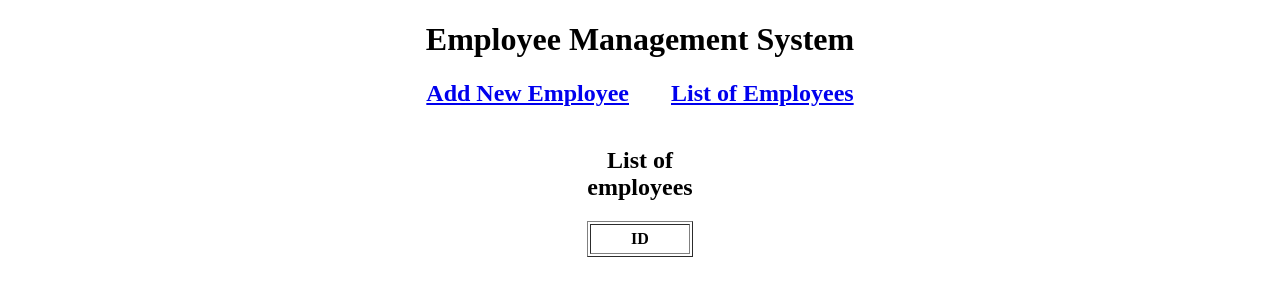
Repository: Swapna-JavaTech/Hibernate-Codes-
Page: http://localhost/EmployeeManagementSystem/employee-list.jsp
The author's editor kept a copy of each file at every save. The page is drawn from the files as they stood at one save, then again after the next save.
The browser window is 1280 px wide. The pictures show the whole page.
The page is served by Tomcat 9.

Above is the page before, as saved 2022-01-31 05:51:28.

After the next save:
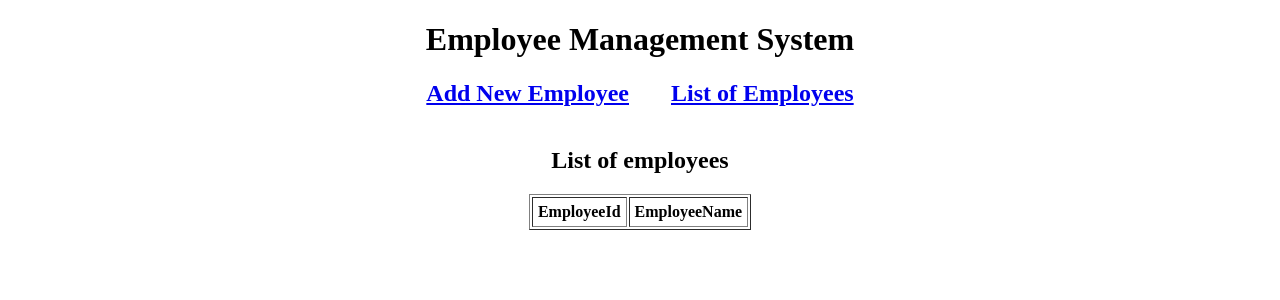
Saved 46 s later.
--- a/EmployeeManagementSystem/src/main/webapp/employee-list.jsp
+++ b/EmployeeManagementSystem/src/main/webapp/employee-list.jsp
@@ -22,7 +22,8 @@
 	<table border="1" cellpadding = "5">
 		<caption><h2>List of employees</h2></caption>
 		<tr>
-			<th>ID </th>
+			<th>EmployeeId </th>
+			<th>EmployeeName </th>
 		</tr>
 	</table>
 
